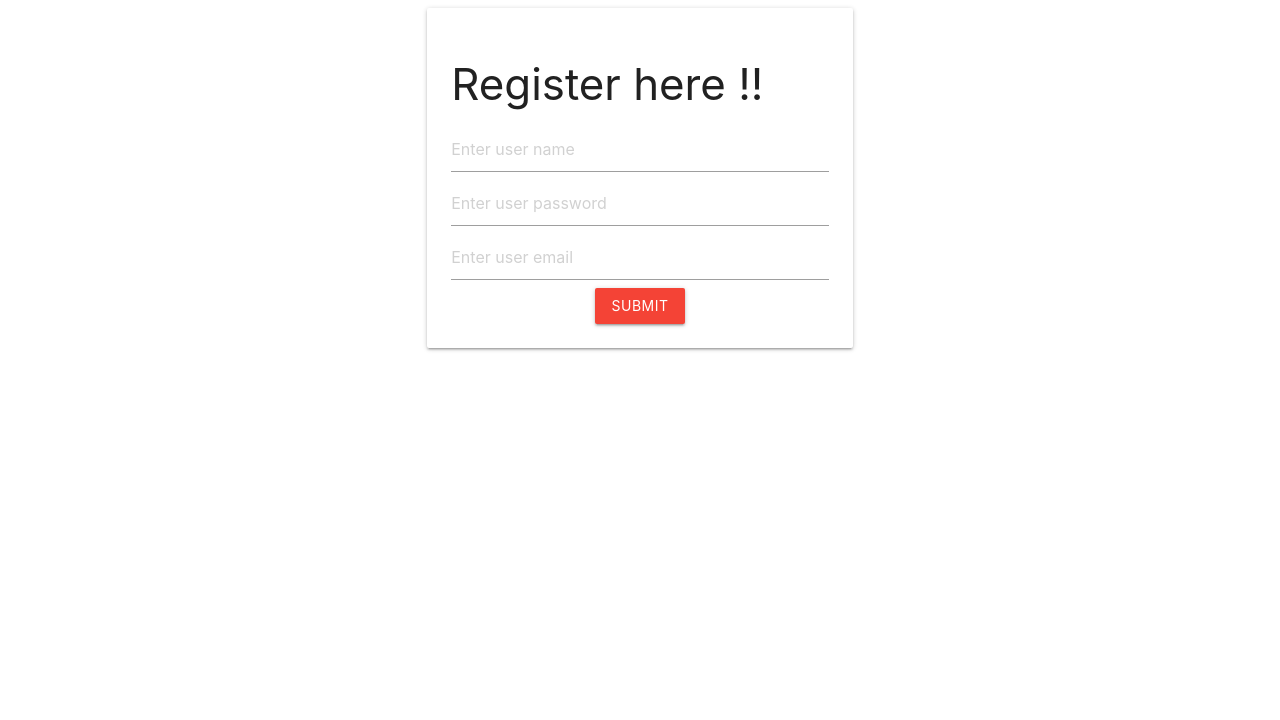
Repository: ShaileshMishr/Javanew
Page: http://localhost/Register/signup.jsp
The author's editor kept a copy of each file at every save. The page is drawn from the files as they stood at one save, then again after the next save.
The browser window is 1280 px wide. The pictures show the whole page.
The page is served by Tomcat 10. Other server files are loaded and not shown.

Above is the page before, as saved 2023-10-11 21:32:19.

### Register/src/main/webapp/signup.jsp
<%@ page language="java" contentType="text/html; charset=ISO-8859-1"
    pageEncoding="ISO-8859-1"%>
<!DOCTYPE html>
<html>
<head>
<meta charset="ISO-8859-1">
<title>Register Page</title>

 <!-- Compiled and minified CSS -->
    <link rel="stylesheet" href="https://cdnjs.cloudflare.com/ajax/libs/materialize/1.0.0/css/materialize.min.css">

    <!-- Compiled and minified JavaScript -->
    <script src="https://cdnjs.cloudflare.com/ajax/libs/materialize/1.0.0/js/materialize.min.js"></script>


</head>
<body>
<div class="container">
<div class="row">
<div class="col m6 offset-m3">
<div class="card">
<div class="card-content">
<h3>Register here !!</h3>
<div class="form center-align">
<!--  creating form -->

<form action="Register" method="post">
<input type="text" name="user_name" placeholder="Enter user name" />
<input type="password" name="user_password" placeholder="Enter user password" />
<input type="email" name="user_email" placeholder="Enter user email" />

<button type="submit" class="btn red">Submit</button>
</form>

<div class="loader">

</div>

</div>
</div>
</div>
</div>
</div>
</div>



</body>
</html>

After the next save:
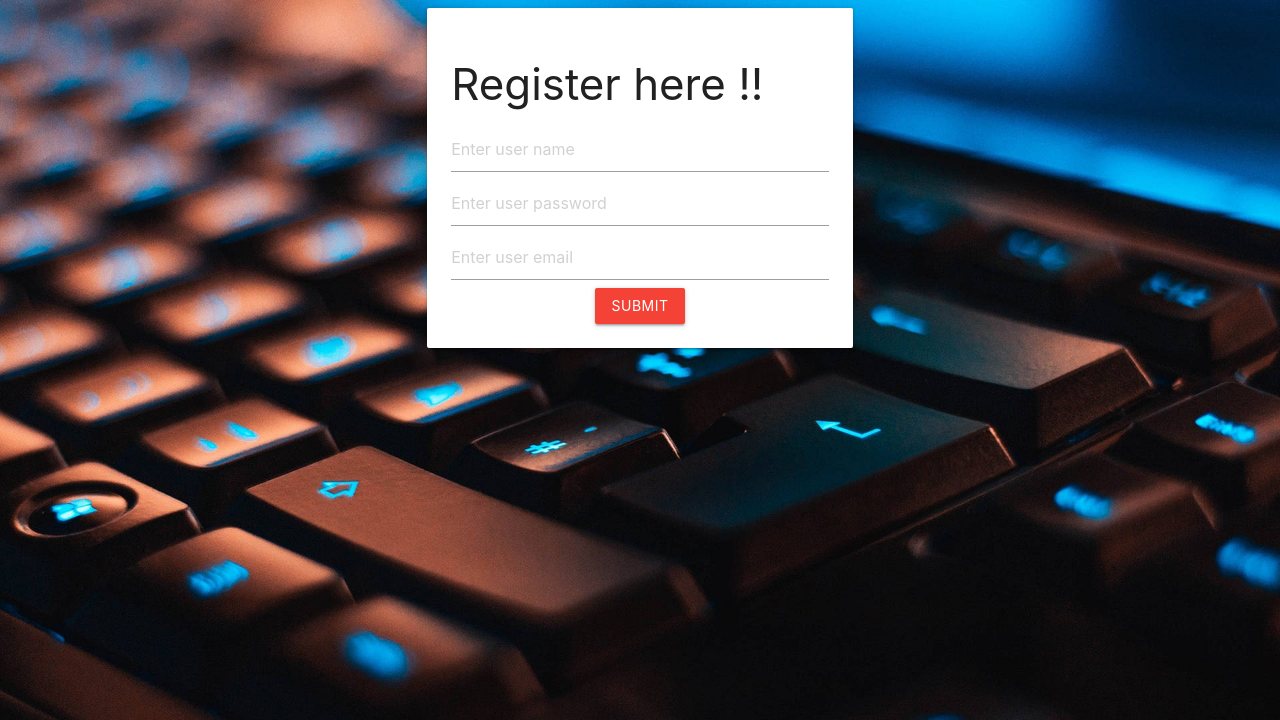
Saved 4 min 36 s later.
--- a/Register/src/main/webapp/signup.jsp
+++ b/Register/src/main/webapp/signup.jsp
@@ -14,7 +14,7 @@
 
 
 </head>
-<body>
+<body style="background: url(img/key.jpg);background-size: cover;background-attachment: fixed;" >
 <div class="container">
 <div class="row">
 <div class="col m6 offset-m3">
